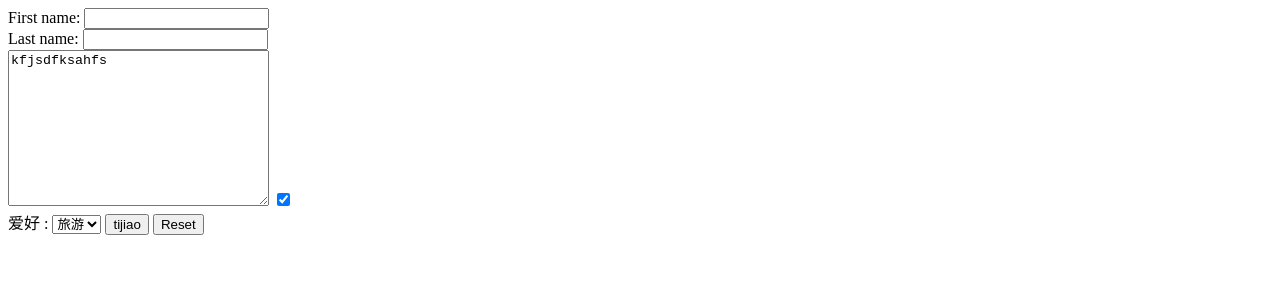
Repository: N1connys/person
Page: review.html
These files come from the project's save history. The page is drawn as it stood at one moment and after a run of saves; the edit follows.
The browser window is 1280 px wide. The pictures show the whole page.

Above is the page before, as saved 2023-02-20 21:23:38.

After the next 2 saves:
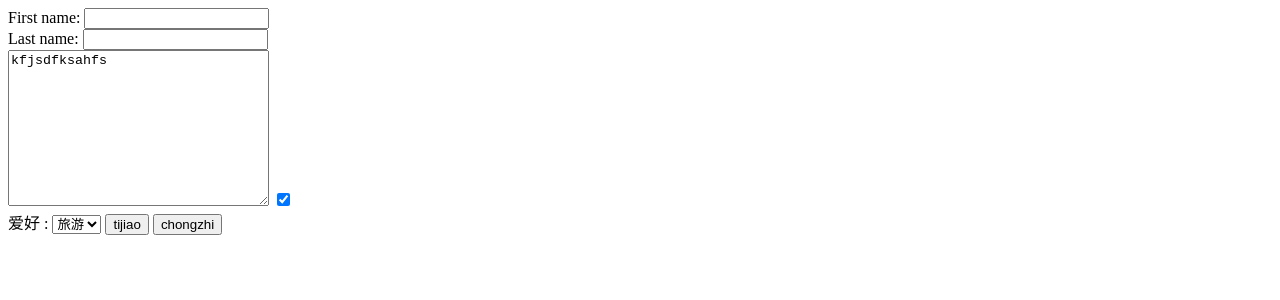
The 2 saves are shown as one change because they came seconds apart.
The last was saved 7 s later.
--- a/review.html
+++ b/review.html
@@ -24,7 +24,7 @@ Last name: <input type="password" name="lastname">
     <option value=" 购物 "> 购物 </option>
     </select>
     <input type="submit" value="tijiao">
-    <input type="reset" name="" id="">
+    <input type="reset" value="chongzhi">
 </form>
 
 
